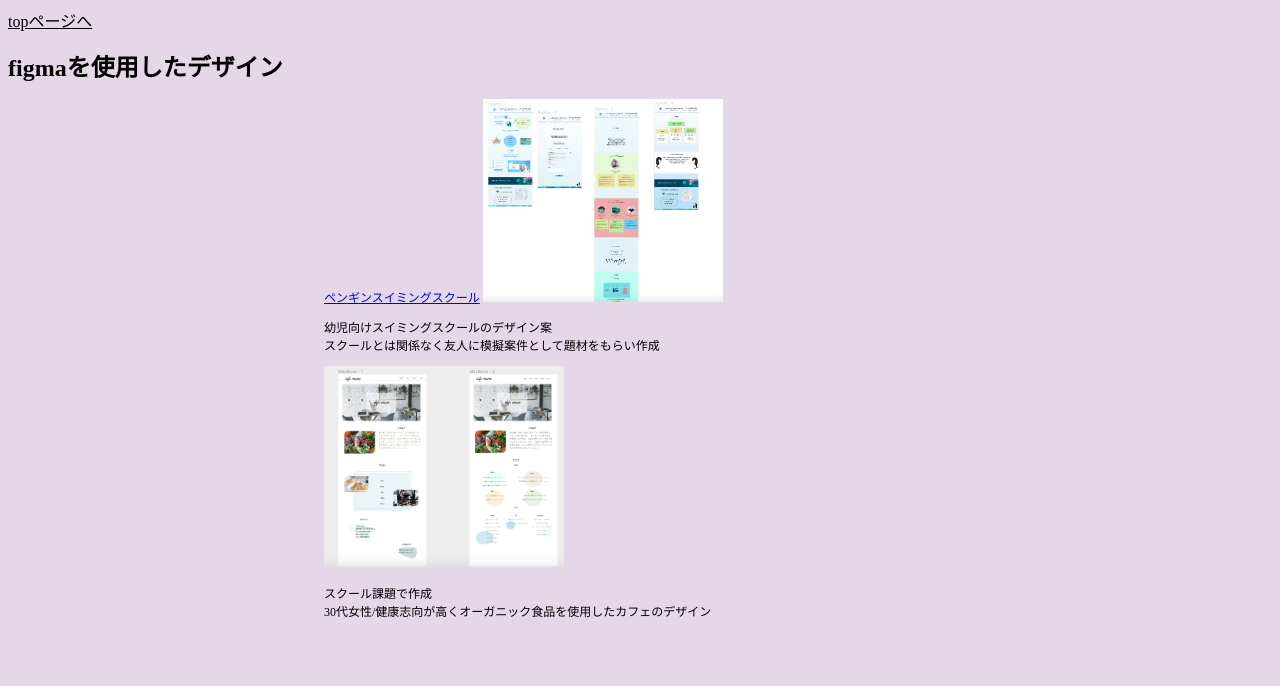
Repository: oninopantsu/onomann
Page: figma.html
The author's editor kept a copy of each file at every save. The page is drawn from the files as they stood at one save, then again after the next save.
The browser window is 1280 px wide. The pictures show the whole page.

Above is the page before, as saved 2021-08-30 04:50:59.

### figma.html
<!DOCTYPE html>
<html lang="ja">
<head>
  <meta charset="UTF-8">
  <meta http-equiv="X-UA-Compatible" content="IE=edge">
  <meta name="viewport" content="width=device-width, initial-scale=1.0">
  <link rel="stylesheet" href="figma/styles.css">
  <title>figmaを使用したデザイン</title>
</head>
<body>
  <nav>
    <a href="index.html">topページへ
    </a>
  </nav>

  <main>

    <h1>figmaを使用したデザイン</h1>

    <div class="items">

  <p><a href="https://zealous-golick-c272d6.netlify.app/" target="_blank" rel="noopener noreferrer">ペンギンスイミングスクール</a>

      <a href="https://www.figma.com/file/XY01fwkQDAkL8OazeEc67t/Untitled?node-id=0%3A1"><img src="img/スイミングスクールデザイン.png" alt=""></a>
      <p>幼児向けスイミングスクールのデザイン案
        <br>スクールとは関係なく友人に模擬案件として題材をもらい作成
      </p>

      <a href="https://www.figma.com/file/KXfvIzwfq0REqEZ7dxTu8g/cafe-mona-p?node-id=0%3A1"><img src="img/カフェサイトデザイン.png" alt=""></a>
      <p>スクール課題で作成
        <br>30代女性/健康志向が高くオーガニック食品を使用したカフェのデザイン
      </p>

    </div>
  </main>

</body>
</html>

### figma/styles.css
body {
 background-color: #e4d7e7;

}
main {
  width: 100%;
}

h1 {
  font-size: 24px;
}
nav a {
  color: black;
}

.items {
  width: 50%;
  margin: 0 auto;

}

img {
  width: 240px;
}

p {
  font-size: 12px;
}

After the next save:
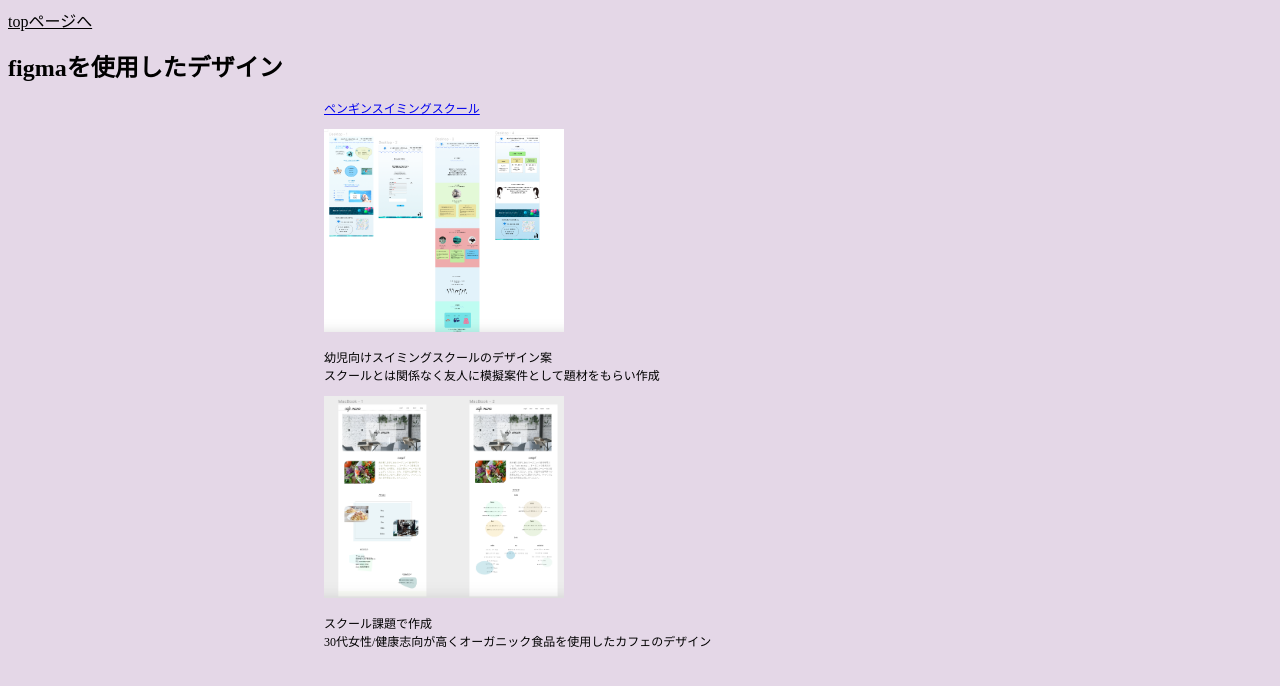
Saved 4 s later.
--- a/figma.html
+++ b/figma.html
@@ -20,7 +20,7 @@
     <div class="items">
 
   <p><a href="https://zealous-golick-c272d6.netlify.app/" target="_blank" rel="noopener noreferrer">ペンギンスイミングスクール</a>
-
+    </p>
       <a href="https://www.figma.com/file/XY01fwkQDAkL8OazeEc67t/Untitled?node-id=0%3A1"><img src="img/スイミングスクールデザイン.png" alt=""></a>
       <p>幼児向けスイミングスクールのデザイン案
         <br>スクールとは関係なく友人に模擬案件として題材をもらい作成
